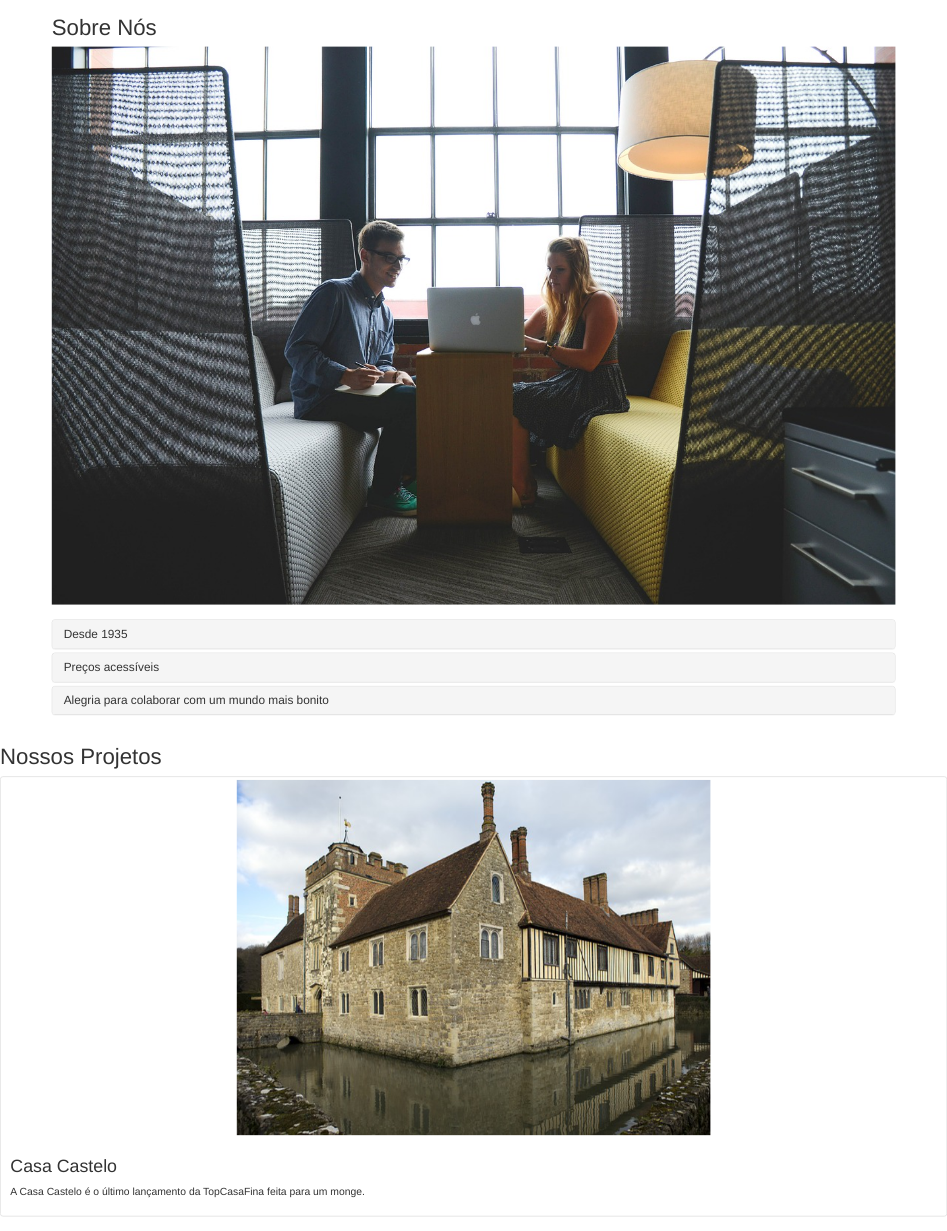
Repository: daviemer/bootstrap-alura
Page: index2.html
The author's editor kept a copy of each file at every save. The page is drawn from the files as they stood at one save, then again after the next save.
The browser window is 1280 px wide. The pictures show the whole page, at 74% of full size.

Above is the page before, as saved 2022-07-08 21:05:42.

After the next save:
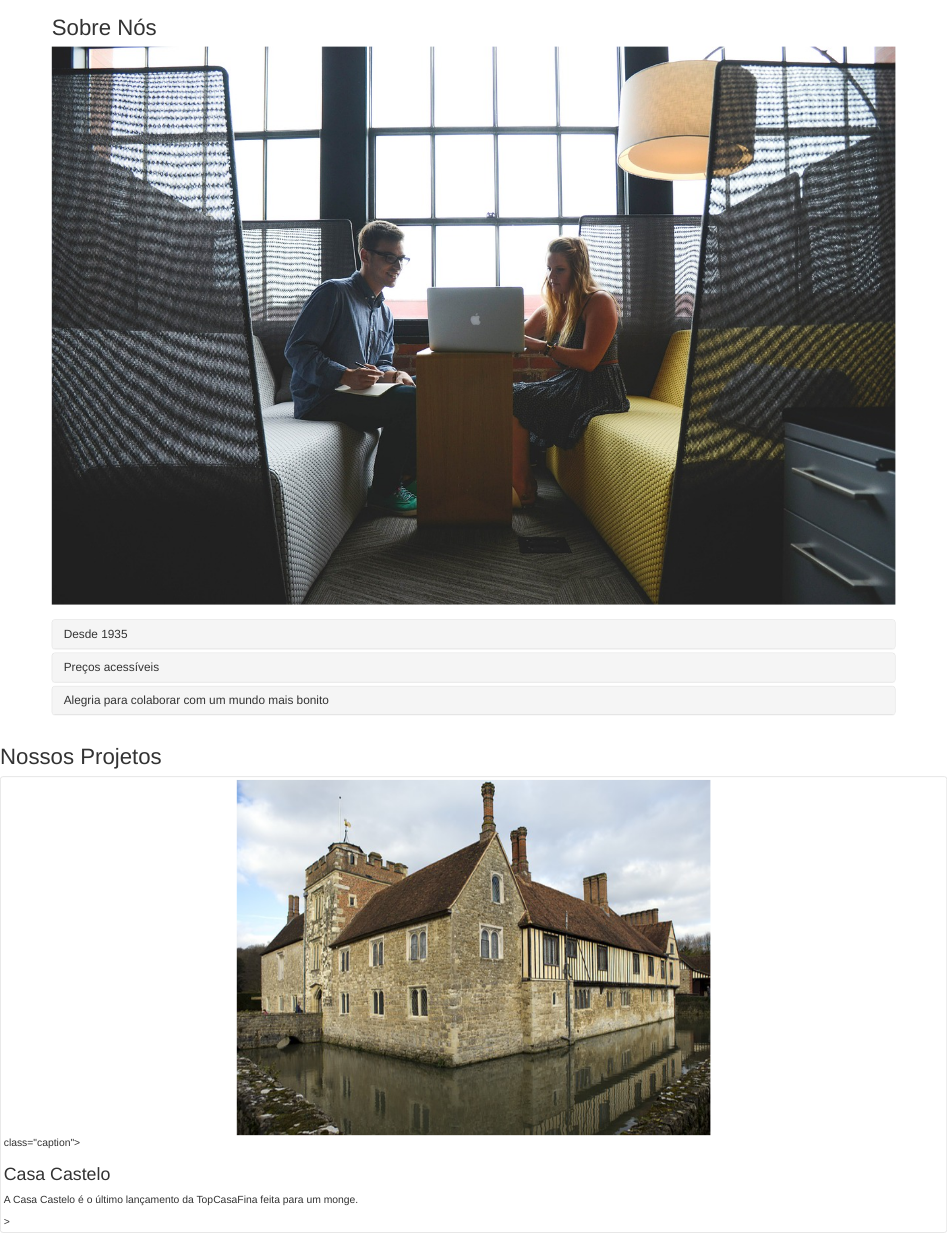
Saved 4 min 55 s later.
--- a/index2.html
+++ b/index2.html
@@ -54,10 +54,10 @@
 
   <div class="thumbnail">
     <img src="assets/img/projetos/casa-castelo.png" alt="Foto da Casa Castelo">
-    <div class="caption">
+    <figcaption> class="caption">
       <h3>Casa Castelo</h3>
       <p>A Casa Castelo é o último lançamento da TopCasaFina feita para um monge.</p>
-    </div>
+    </figcaption>>
 
   </div>
 

After the save that followed:
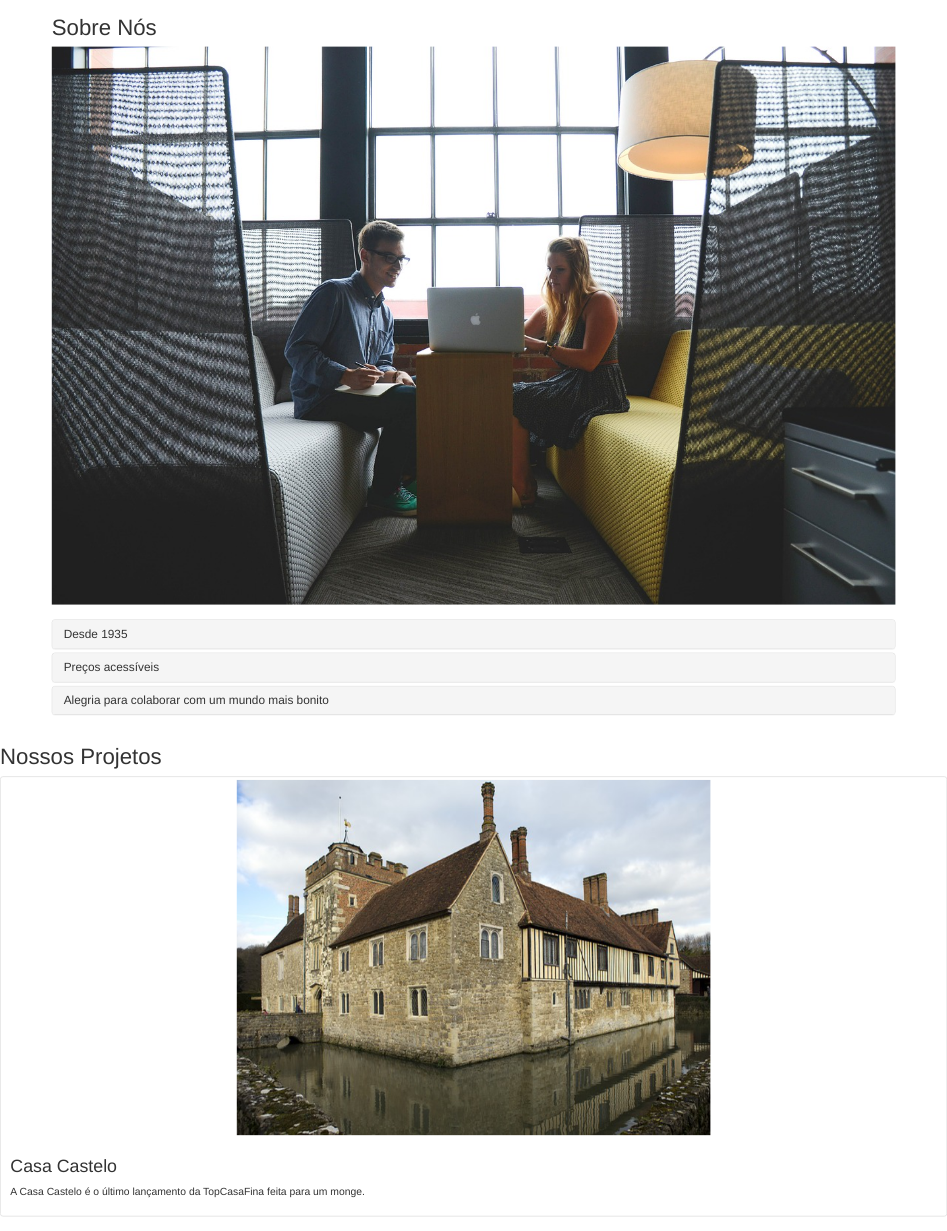
Saved 8 s later.
--- a/index2.html
+++ b/index2.html
@@ -54,10 +54,10 @@
 
   <div class="thumbnail">
     <img src="assets/img/projetos/casa-castelo.png" alt="Foto da Casa Castelo">
-    <figcaption> class="caption">
+    <figcaption class="caption">
       <h3>Casa Castelo</h3>
       <p>A Casa Castelo é o último lançamento da TopCasaFina feita para um monge.</p>
-    </figcaption>>
+    </figcaption>
 
   </div>
 
